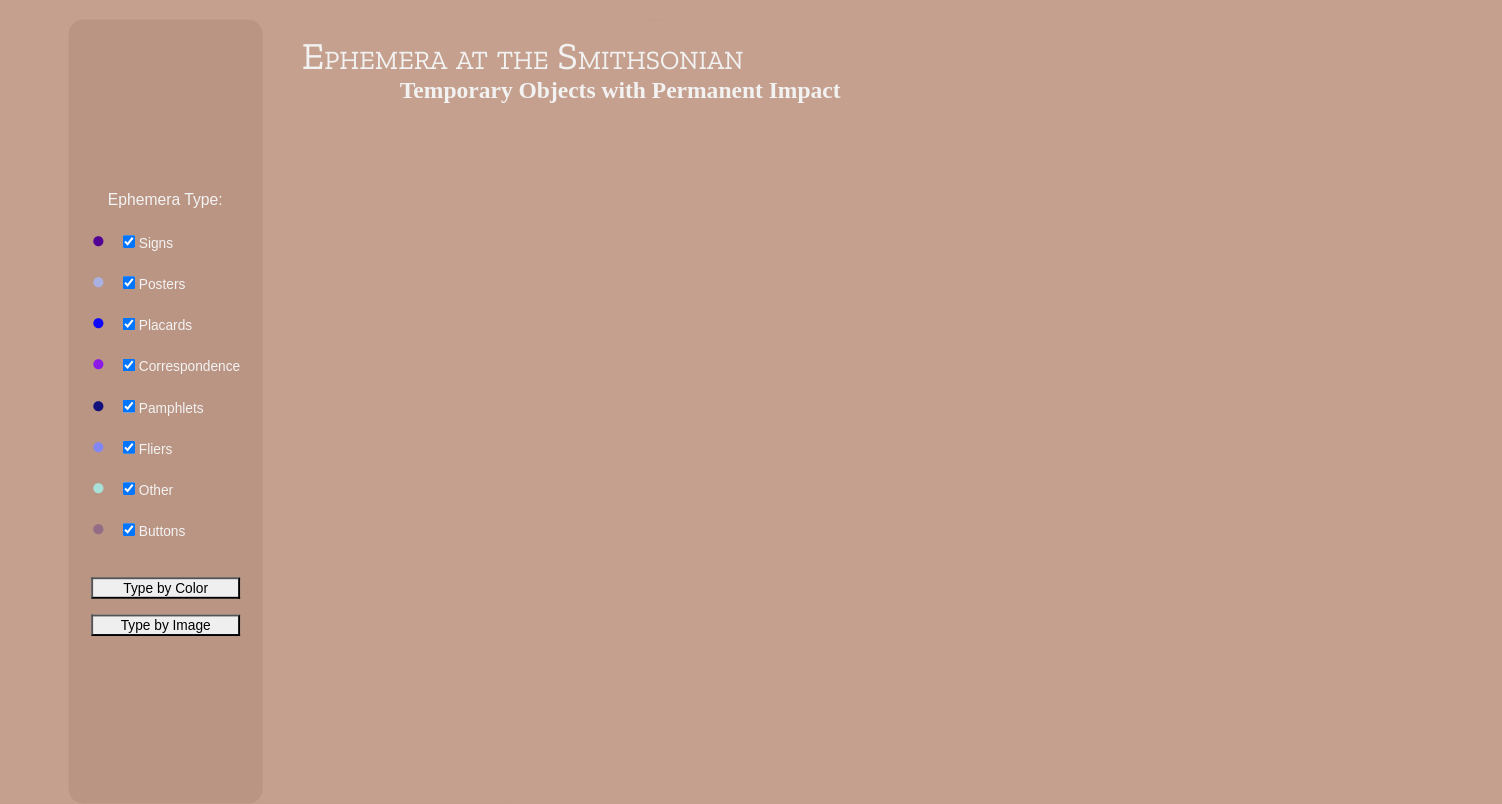
Repository: m0llyc00k/Major-studio-1
Page: Qualitative/examples-beeswarm/index-2.html
The author's editor kept a record of every edit. The page is drawn from the files as they stood at one moment, then again after the next edit.
The browser window is 1280 px wide. The page is 1533 px wide, so the pictures cover 1533 px, including what lies to the right of the window. The pictures show the whole page, at 98% of full size.
The page's requests for data from a server got no answer. Some web fonts or font styles are not loaded; a fallback is used.

Above is the page before.

### Qualitative/examples-beeswarm/index-2.html
<!DOCTYPE html>
<html lang="en">
<head>
  <title>Ephemera at the Smithsonian</title>
  <meta charset="utf-8">
  <meta name="viewport" content="width=device-width, initial-scale=1">
  <link rel="stylesheet" href="https://maxcdn.bootstrapcdn.com/bootstrap/4.5.2/css/bootstrap.min.css">
  <script src="https://ajax.googleapis.com/ajax/libs/jquery/3.5.1/jquery.min.js"></script>
  <script src="https://cdnjs.cloudflare.com/ajax/libs/popper.js/1.16.0/umd/popper.min.js"></script>
  <script src="https://maxcdn.bootstrapcdn.com/bootstrap/4.5.2/js/bootstrap.min.js"></script>
    <link rel="preconnect" href="https://fonts.googleapis.com">
    <link rel="preconnect" href="https://fonts.gstatic.com" crossorigin>
    <link href="https://fonts.googleapis.com/css2?family=Space+Grotesk:wght@300&family=Spartan:wght@100;400&family=Zilla+Slab:ital,wght@0,300;0,400;1,300;1,400&display=swap" rel="stylesheet">
    <link rel="preconnect" href="https://fonts.googleapis.com">
    <link rel="preconnect" href="https://fonts.gstatic.com" crossorigin>
    <link href="https://fonts.googleapis.com/css2?family=Zilla+Slab+Highlight:wght@400;700&display=swap" rel="stylesheet">

<style type="text/css">



        body {
            background-color: #C5A08E;
            zoom: reset;
        }


        .graph {
            width: 50%;
            background-color: #C5A08E;
        }

        #checkboxes > * {
            font: 14px sans-serif;
            font-weight: 300;
            color: #F3F3F3;
            padding: 3px;
            display: block;

        }

        .col-xs-4 {
            background-color: #ba9584;
            padding: 20px;
            border-radius: 15px;
            padding-top: 150px;
        }

        .measure-group {
            display:grid;
        }


        svg {
        background-color: #C5A08E;

        }

        .cells path {
            fill: none;
            pointer-events: all;
        }

        div.tooltip {
            position: fixed;
            text-align: left;
            color: white;
            white-space: normal;
            padding: 8px;
            font-size: 14px;
            background: rgb(96,125,139);
            border: 1px solid rgb(96,125,139);
            border-radius: 2px;
            pointer-events: none;
            cursor: pointer;
        }

        .axis path,
        .axis line {
            fill: none;
            stroke: rgb(96,125,139);
            shape-rendering: optimizeSpeed;
        }

        .axis text {
            font: 15px sans-serif;
            color: #F3F3F3;

        }

        .typeSort {}


        .container {
            padding-top: 20px;
        }




      </style>

</head>
<body>

<div class="container">
  <div class="row">

            <div class="col-xs-4"  id="checkboxes">
                <span style="position:relative; top: 5px; font-size: 16px; padding:20px;">Ephemera Type:</span>
                <label class="mdl-checkbox mdl-js-checkbox mdl-js-ripple-effect">
                    <span class="mdl-checkbox__label" id="signsColor" style="font-size: 24px; color: #530094;">&#9679;&nbsp;&nbsp;</span>
                    <input type="checkbox" value="signs" class="mdl-checkbox__input typeSort" checked="">    Signs
                </label>
                <label class="mdl-checkbox mdl-js-checkbox mdl-js-ripple-effect">
                    <span class="mdl-checkbox__label" id="postersColor" style="font-size: 24px; color: #A8B1E1;">&#9679;&nbsp;&nbsp;</span>
                    <input type="checkbox" value="posters" class="mdl-checkbox__input typeSort" checked="">    Posters
                </label>
                <label class="mdl-checkbox mdl-js-checkbox mdl-js-ripple-effect">
                    <span class="mdl-checkbox__label" id="placardsColor" style="font-size: 24px; color: #0E09F8;">&#9679;&nbsp;&nbsp;</span>
                    <input type="checkbox" value="placards" class="mdl-checkbox__input typeSort" checked="">    Placards
                </label>
                <label class="mdl-checkbox mdl-js-checkbox mdl-js-ripple-effect">
                     <span class="mdl-checkbox__label" id="correspondenceColor" style="font-size: 24px; color: #8C19E7;">&#9679;&nbsp;&nbsp;</span>
                    <input type="checkbox" value="correspondence" class="mdl-checkbox__input typeSort" checked="">    Correspondence
                </label>
                <label class="mdl-checkbox mdl-js-checkbox mdl-js-ripple-effect">
                     <span class="mdl-checkbox__label" id="pamphletsColor" style="font-size: 24px; color: #12107A;">&#9679;&nbsp;&nbsp;</span>
                    <input type="checkbox" value="pamphlets" class="mdl-checkbox__input typeSort" checked="">    Pamphlets
                </label>
                    <label class="mdl-checkbox mdl-js-checkbox mdl-js-ripple-effect">
                     <span class="mdl-checkbox__label" id="fliersColor" style="font-size: 24px; color: #8387F5;">&#9679;&nbsp;&nbsp;</span>
                    <input type="checkbox" value="fliers" class="mdl-checkbox__input typeSort" checked="">    Fliers
                </label>
                    <label class="mdl-checkbox mdl-js-checkbox mdl-js-ripple-effect">
                    <span class="mdl-checkbox__label" id="otherColor" style="font-size: 24px; color: #A8E1D8;">&#9679;&nbsp;&nbsp;</span>
                    <input type="checkbox" value="other" class="mdl-checkbox__input typeSort" checked="">    Other
                </label>
                <label class="mdl-checkbox mdl-js-checkbox mdl-js-ripple-effect">
                    <span class="mdl-checkbox__label" id="buttonsColor" style="font-size: 24px; color: #936C85;">&#9679;&nbsp;&nbsp;</span>
                    <input type="checkbox" value="buttons" class="mdl-checkbox__input typeSort" checked="">  Buttons
                </label>
                <div class="centered" style="padding-top: 25px">
    <div class="measure-group" data-toggle="buttons-radio">
        <button type="button" onclick="changeColor()" id="color" class="measure mdl-button mdl-js-button mdl-button--raised mdl-button--colored" value="typeSort">Type by Color</button> </br>
        <button type="button" onclick="changeImage()" id="image" class="measure mdl-button mdl-js-button mdl-button--raised mdl-button--colored" value="primaryImage">Type by Image</button>
    </div>
    <!--<div class="scale-group" data-toggle="buttons-radio">-->
    <!--    <button type="button" class="scale mdl-button mdl-js-button mdl-button--raised mdl-button--colored" value="scaleLinear">Linear Scale</button>-->
    <!--    <button type="button" class="scale mdl-button mdl-js-button mdl-button--raised mdl-button--colored" value="scaleLog">Log Scale</button>-->
    <!--</div>-->
</div>
            </div>

    <div class="col-md-4" id="svganchor"></div><div class="col-xs-4"></div>




  </div>


<script src = "https://d3js.org/d3.v5.min.js"></script>
<script src = "beeswarm-2.js"></script>

</body>
</html>

### Qualitative/examples-beeswarm/beeswarm-2.js
let height = 800;
let width = 1250;
let margin = ({top: 40, right: 40, bottom: 34, left: 40});
let allDates = [];

// Data structure describing chart scales
let Scales = {
    lin: "scaleLinear",
    log: "scaleLog"
};

// Data structure describing volume of displayed data
let Count = {
    dateSort: "dateSort",
};

// Data structure describing legend fields value
let Legend = {
    dateSort: "dateSort",
};

let chartState = {};

chartState.measure = Count.dateSort;
chartState.scale = Scales.lin;
chartState.legend = Legend.dateSort;


// Colors used for circles depending on typeSort
let colors = d3.scaleOrdinal()
    .domain(["buttons", "signs", "posters", "placards", "correspondence", "pamphlets", "fliers", "other"])
    .range(['#936C85','#530094','#A8B1E1','#0E09F8','#8C19E7','#12107A', '#8387F5', '#A8E1D8']);

d3.select("#buttonsColor").style("color", colors("buttons"));
d3.select("#signsColor").style("color", colors("signs"));
d3.select("#postersColor").style("color", colors("posters"));
d3.select("#placardsColor").style("color", colors("placards"));
d3.select("#correspondenceColor").style("color", colors("correspondence"));
d3.select("#pamphletsColor").style("color", colors("pamphlets"));
d3.select("#fliersColor").style("color", colors("fliers"));
d3.select("#otherColor").style("color", colors("other"));


let svg = d3.select("#svganchor")
    .append("svg")
    .attr("width", width)
    .attr("height", height)

svg.append("text")
        .attr("x", 25)
        .attr("y", 50)
        .attr("text-anchor", "left")
        .style("font-size", "39px")
        .style("fill", "#f2f2f2")
        .style("font-family", "Zilla Slab")
        .style("font-variant", "small-caps")
        .text("Ephemera at the Smithsonian");

// Add subtitle to graph
svg.append("text")
        .attr("x", 125)
        .attr("y", 80)
        .attr("text-anchor", "left")
        .style("font-size", "24px")
        .style("fill", "#f2f2f2")
        .style("max-width", 400)
        .style("font-family", "Zilla Slab Highlight")
        .style("font-weight", 700)
        .text("Temporary Objects with Permanent Impact");



let xScale = d3.scaleLinear()
    .domain(allDates.map(d => d.dateSort))
    .range([margin.left, width - margin.right])

svg.append("g")
    .attr("class", "x axis")
    .attr("transform", "translate(0," + (height - margin.bottom) + ")")


// Create line that connects circle and X axis
let xLine = svg.append("line")
    .attr("stroke", "rgb(96,125,139)")
    .attr("stroke-dasharray", "3,4")
    .attr("stroke-width", "2");

// Create tooltip div and make it invisible
let tooltip = d3.select("#svganchor").append("div")
    .attr("class", "tooltip")
    .style("opacity", 0);

// Load and process data
d3.csv("https://raw.githubusercontent.com/m0llyc00k/major-studio-1/main/Qualitative/examples-beeswarm/beeswarm-data-new-Images.csv").then(function (data) {

    let dataSet = data;

    redraw();



    // Trigger filter function whenever checkbox is ticked/unticked
    d3.selectAll("input").on("change", filter);

    function redraw() {

        // Set scale type based on button clicked
        if (chartState.scale === Scales.lin) {
            xScale = d3.scaleLinear().range([ margin.left, width - margin.right ])
        }

        if (chartState.scale === Scales.log) {
            xScale = d3.scaleLog().range([ margin.left, width - margin.right ]);
        }

        xScale.domain(d3.extent(dataSet, function(d) {
            return +d[chartState.measure];
        }));

//set x axis
           let xAxis = d3.axisBottom(xScale)
                .ticks(12, ".0f");


        d3.transition(svg).select(".x.axis")
            .transition()
            .duration(1000)
            .call(xAxis);

        // Create simulation with specified dataset
        let simulation = d3.forceSimulation(dataSet)
            // Apply positioning force to push nodes towards desired position along X axis
            .force("x", d3.forceX(function(d) {
                // Mapping of values from date/perCapita column of dataset to range of SVG chart (<margin.left, margin.right>)
                return xScale(+d[chartState.measure]);  // This is the desired position
            }).strength(8))  // Increase velocity
            .force("y", d3.forceY((height / 1.75) - margin.bottom))  // // Apply positioning force to push nodes towards center along Y axis
            .force("collide", d3.forceCollide(14)) // Apply collision force with radius of 9 - keeps nodes centers 9 pixels apart
            .stop();  // Stop simulation from starting automatically

        // Manually run simulation
        for (let i = 0; i < dataSet.length; ++i) {
            simulation.tick(5);
        }

        // Create ephemera circles
        let titleCircles = svg.selectAll(".title")
            .data(dataSet, function(d) { return d.title });

        titleCircles.exit()
            .transition()
            .duration(1000)
            .attr("cx", 0)
            .attr("cy", (height / 2) - margin.bottom / 2)
            .remove();

        titleCircles.enter()
            .append("circle")
            .attr("class", "title")
            .attr("cx", width - margin.right)
            .attr("cy", (height) - margin.bottom)
            .attr("r", 13)
            .attr("fill", function(d){ return colors(d.typeSort)})
            .merge(titleCircles)
            .transition()
            .duration(2000)
            .attr("cx", function(d) { return d.x; })
            .attr("cy", function(d) { return d.y; });


var images = svg.selectAll(".primaryImage")
            .data(dataSet, function(d) { return d.primaryImage });

images.exit()
            .transition()
            .duration(1000)
            .attr("x", 0)
            .attr("y", (height) - margin.bottom)
            .remove();

        images.enter()
            .append("svg:image")
            .attr("xlink:href", function(d) { return d.primaryImage;})
            .attr("width", 50)
            .attr("height", 50)
            .attr("x", width - margin.right / 2)
            .attr("y", (height) - margin.bottom / 2)
            .merge(images)
            .transition()
            .duration(2000)
            .attr("x", function(d) { return d.x; })
            .attr("y", function(d) { return d.y; });



        // Show tooltip when hovering over circle (data for respective country)
        d3.selectAll(".title").on("mousemove", function(d) {
            tooltip.html(`<div id="textTooltip">
                          <strong>${d.title}</strong><br>
                          ${d.typeTrue}<br>
                          <strong>${d.dateTrue}</strong><br>
                          </div>
                          <div id="imageTooltip" float:right>
                          <img src="${d.primaryImage}" alt="image here">
                          </div>
                          `)
                // .style('top', d3.event.pageY - 1 + 5 + 'px')
                // .style('left', d3.event.pageX + 1 + 10 + 'px')
                .style("opacity", 0.9)
                .style("left", d3.select(this).attr("cx") + "px")
                .style("top", d3.select(this).attr("cy") + "px");





            xLine.attr("x1", d3.select(this).attr("cx"))
                .attr("y1", d3.select(this).attr("cy"))
                .attr("y2", (height - margin.bottom))
                .attr("x2",  d3.select(this).attr("cx"))
                .attr("opacity", 1)


        }).on("mouseout", function(_) {
            tooltip.style("opacity", 0);
            xLine.attr("opacity", 0);
        });

    }

    // Filter data based on which checkboxes are ticked
    function filter() {

        function getCheckedBoxes(checkboxName) {

            let checkboxes = d3.selectAll(checkboxName).nodes();
            let checkboxesChecked = [];
            for (let i = 0; i < checkboxes.length; i++) {
                if (checkboxes[i].checked) {
                    checkboxesChecked.push(checkboxes[i].defaultValue);
                }
            }
            return checkboxesChecked.length > 0 ? checkboxesChecked : null;
        }

        let checkedBoxes = getCheckedBoxes(".typeSort");

        let newData = [];

        if (checkedBoxes == null) {
            dataSet = newData;
            redraw();
            return;
        }

        for (let i = 0; i < checkedBoxes.length; i++){
            let newArray = data.filter(function(d) {
                return d.typeSort === checkedBoxes[i];
            });
            Array.prototype.push.apply(newData, newArray);
        }

        dataSet = newData;
        redraw();
    }

}).catch(function (error) {
    if (error) throw error;
});

After the next edit:
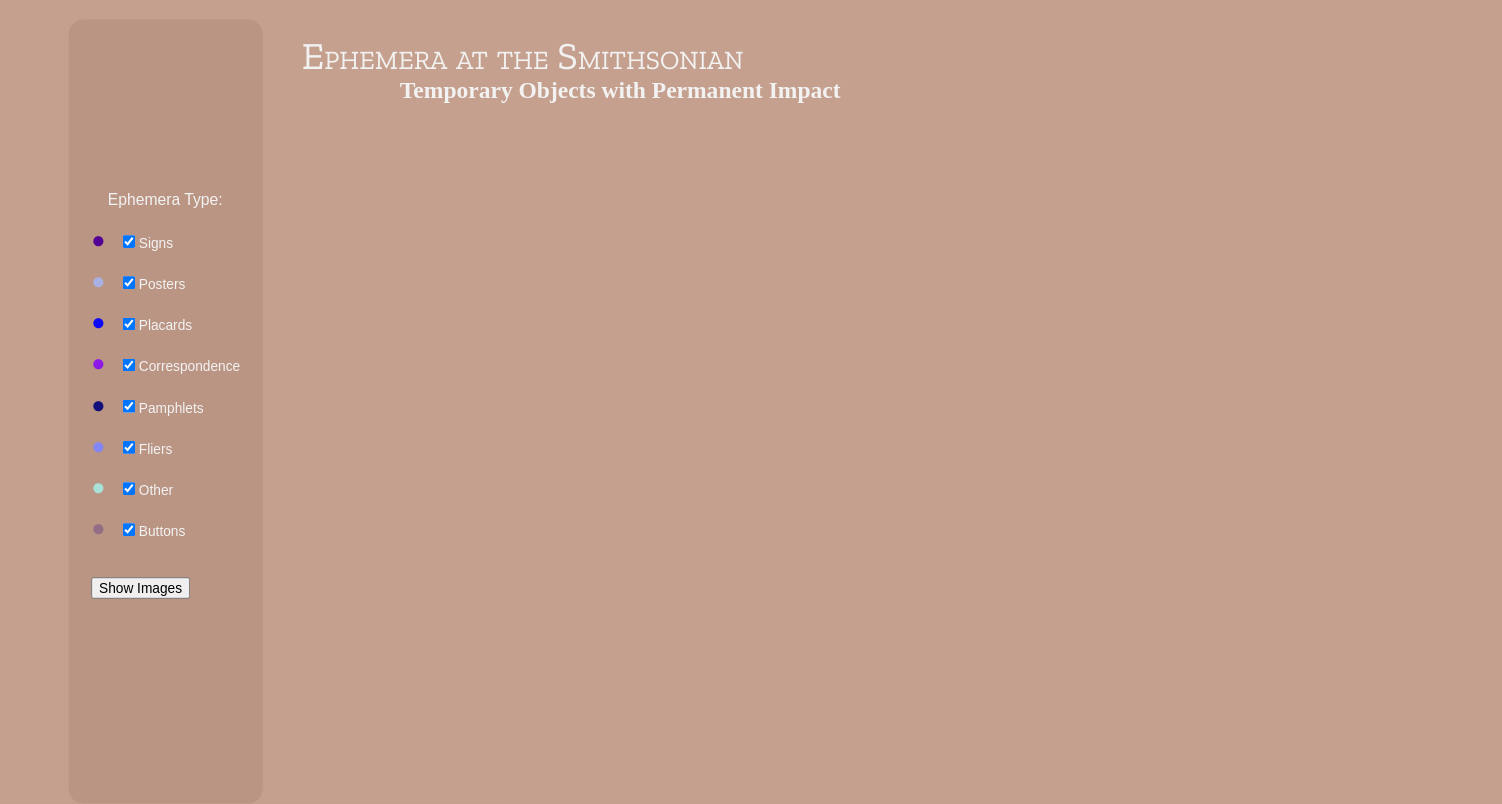
The edit:
--- a/Qualitative/examples-beeswarm/index-2.html
+++ b/Qualitative/examples-beeswarm/index-2.html
@@ -141,9 +141,13 @@
                     <input type="checkbox" value="buttons" class="mdl-checkbox__input typeSort" checked="">  Buttons
                 </label>
                 <div class="centered" style="padding-top: 25px">
-    <div class="measure-group" data-toggle="buttons-radio">
-        <button type="button" onclick="changeColor()" id="color" class="measure mdl-button mdl-js-button mdl-button--raised mdl-button--colored" value="typeSort">Type by Color</button> </br>
-        <button type="button" onclick="changeImage()" id="image" class="measure mdl-button mdl-js-button mdl-button--raised mdl-button--colored" value="primaryImage">Type by Image</button>
+    <div class="legendButtons" data-toggle="colorOrImage">
+         <input name="updateButton"
+           type="button"
+           value="Show Images"
+           onclick="changeImage()" />
+        <!--<button type="button" onclick="changeColor()" id="color" class="measure mdl-button mdl-js-button mdl-button--raised mdl-button--colored" value="typeSort">Type by Color</button> </br>-->
+        <!--<button type="button" onclick="changeImage()" id="image" class="measure mdl-button mdl-js-button mdl-button--raised mdl-button--colored" value="primaryImage">Type by Image</button>-->
     </div>
     <!--<div class="scale-group" data-toggle="buttons-radio">-->
     <!--    <button type="button" class="scale mdl-button mdl-js-button mdl-button--raised mdl-button--colored" value="scaleLinear">Linear Scale</button>-->
